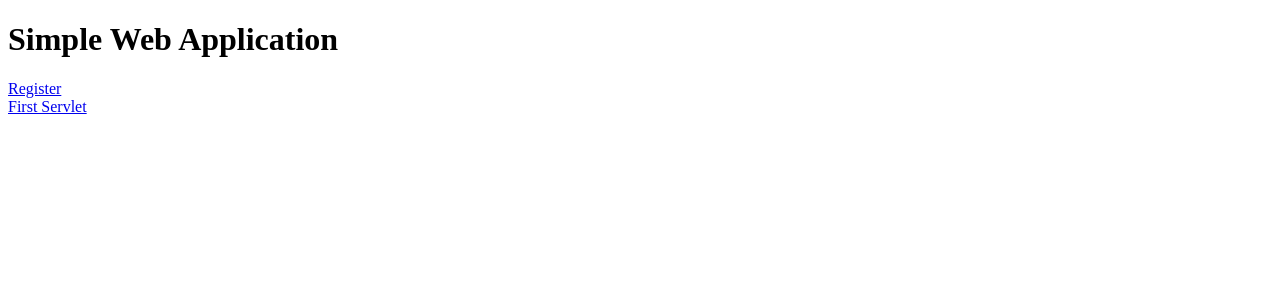
Repository: abhi608/visa_tutorial
Page: simpleweb/WebContent/index.html
An editor plug-in stored every save of this project. The page is shown before and after the next save, followed by the edit.
The browser window is 1280 px wide. The pictures show the whole page.

Above is the page before, as saved 2018-07-27 05:15:06.

After the next save:
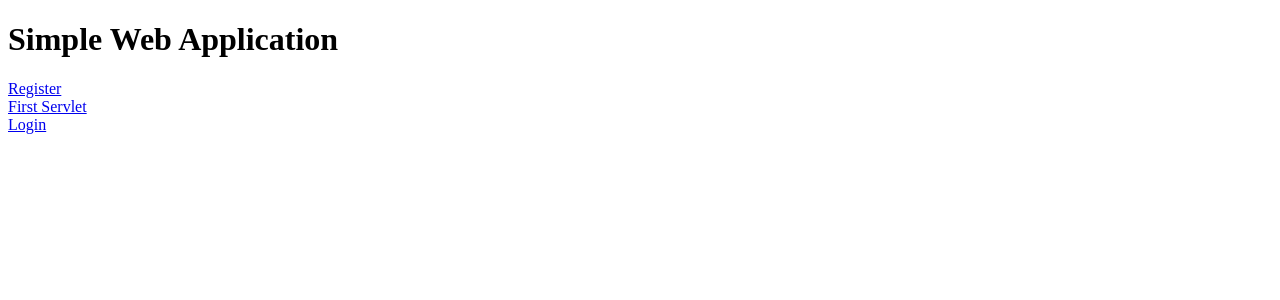
Saved 64 min 45 s later.
--- a/simpleweb/WebContent/index.html
+++ b/simpleweb/WebContent/index.html
@@ -7,6 +7,7 @@
 <body>
 	<h1>Simple Web Application</h1>
 	<a href="register.html">Register</a><br/>
-	<a href="first">First Servlet</a>
+	<a href="first">First Servlet</a><br />
+	<a href="Login.html">Login</a>
 </body>
 </html>
